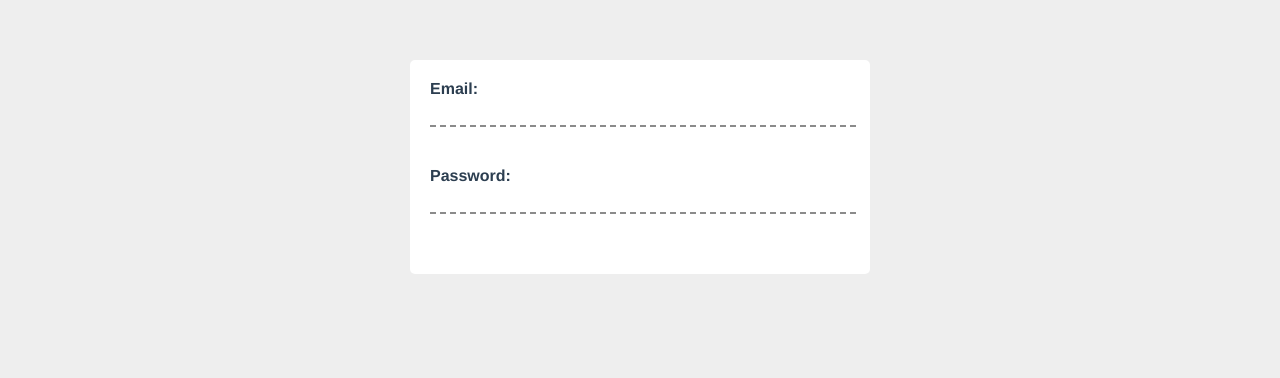
Repository: technogize/vue-forms
Page: /
An editor plug-in stored every save of this project. The page is shown before and after the next save, followed by the edit.
The browser window is 1280 px wide. The pictures show the whole page.
The project was rebuilt for these pictures with package versions that can differ from the ones it lists, and the page was loaded fresh each time.

Above is the page before, as saved 2021-02-26 14:19:10.

### src/App.vue
<template>
  <SignupForm />
</template>

<script>
import SignupForm from './components/SignupForm';

export default {
  name: 'App',
  components: {
    SignupForm
  }
}
</script>

<style>
#app {
  font-family: Avenir, Helvetica, Arial, sans-serif;
  -webkit-font-smoothing: antialiased;
  -moz-osx-font-smoothing: grayscale;
  text-align: center;
  color: #2c3e50;
  margin-top: 60px;
}

body {
  margin: 0;
  background: #eee;
}
</style>

### src/components/SignupForm.vue
<template>
  <form>
    <!-- v-model syncs the data in the input with the data properties -->
    <div class="field">
      <label>Email: </label>
      <input type="email" required v-model="email" />
    </div>
    <div class="field">
      <label>Password: </label>
      <input type="password" required v-model="password" />
    </div>
  </form>

  <p>{{email}}</p>
  <p>{{password}}</p>
</template>

<script>
export default {
  data() {
    return {
      email: '',
      password: ''
    }
  }
}
</script>

<style scoped>
  form {
    max-width: 420px;
    border-radius: 5px;
    background: white;
    padding: 20px;
    margin: 0 auto;
  }

  label {
    font-weight: 700;
    display: block;
    text-align: left;
  }

  input {
    display: block;
    width: 100%;
    font-size: 18px;
    padding: 3px;
    border: none;
    border-bottom: 2px dashed rgb(139, 139, 139);
  }

  input:focus {
    outline: none;
    border-bottom: 2px solid rgb(139, 139, 139);
  }

  .field {
    margin-bottom: 40px;
  }
</style>

Loaded but not shown: public/index.html (common file); src/main.js (common file)

After the next save:
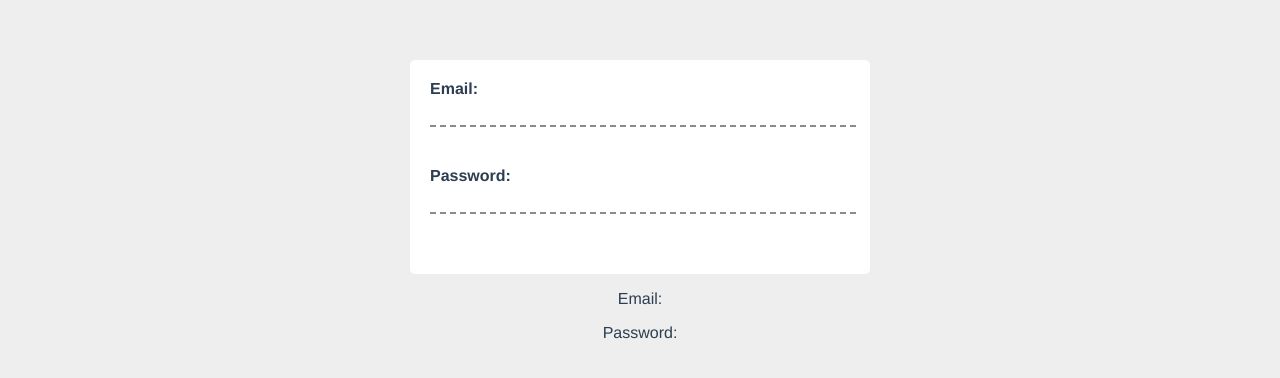
Saved 20 s later.
--- a/src/components/SignupForm.vue
+++ b/src/components/SignupForm.vue
@@ -11,8 +11,8 @@
     </div>
   </form>
 
-  <p>{{email}}</p>
-  <p>{{password}}</p>
+  <p>Email: {{email}}</p>
+  <p>Password: {{password}}</p>
 </template>
 
 <script>
